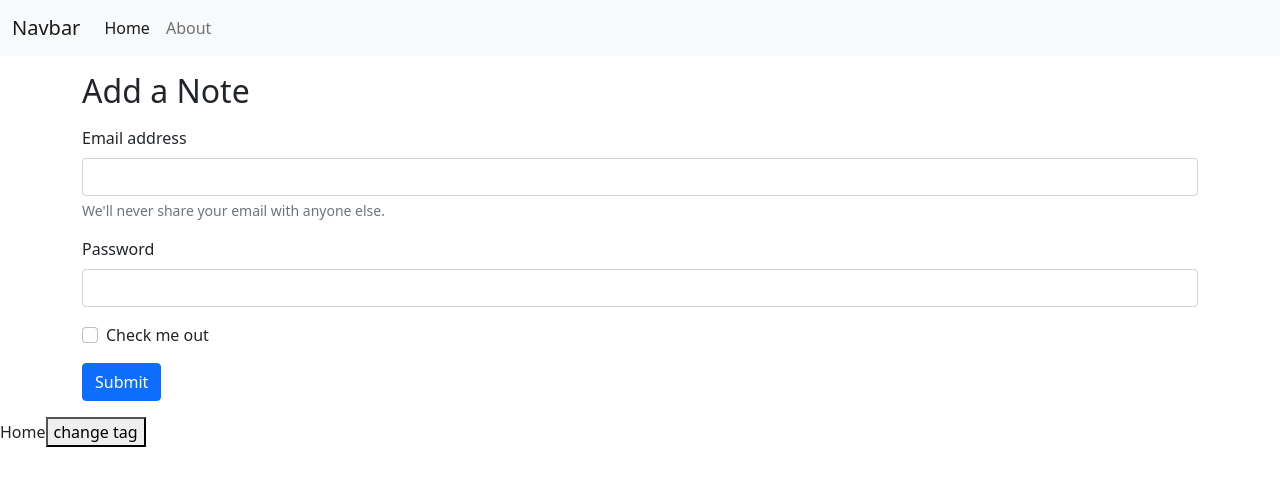
Repository: Asad-devv/inotebook-mern
Page: /
The author's editor kept a copy of each file at every save. The page is drawn from the files as they stood at one save, then again after the next save.
The browser window is 1280 px wide. The pictures show the whole page.
The project was rebuilt for these pictures with package versions that can differ from the ones it lists, and the page was loaded fresh each time. Also part of the build but not shown: vite.config.js, src/components/About.jsx.

Above is the page before, as saved 2023-04-14 00:13:44.

After the next save:
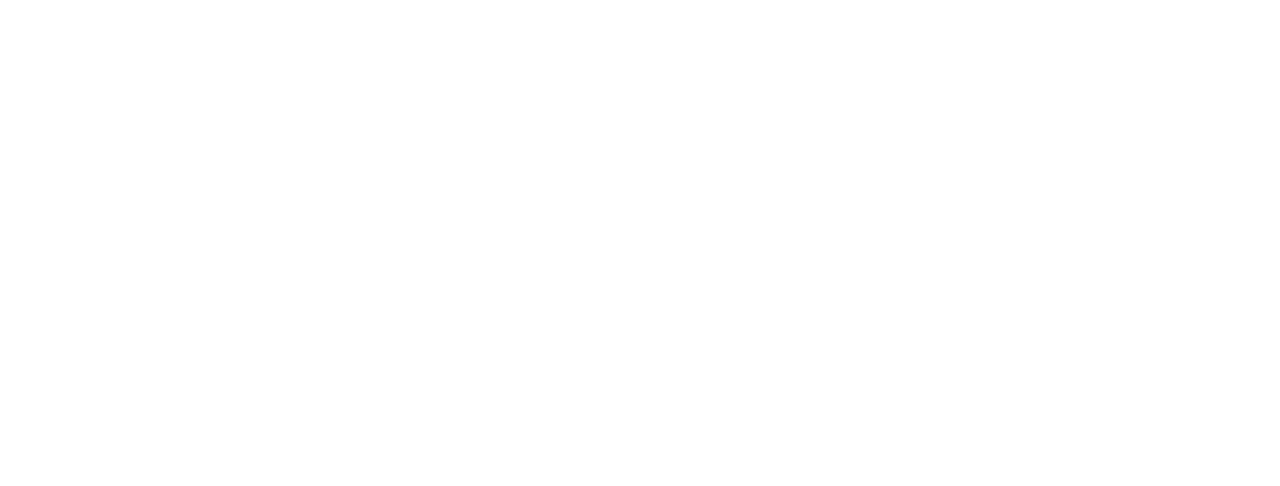
Console error (its wording comes from the project's code and is left out).
Saved 57 s later.
--- a/src/components/Home.jsx
+++ b/src/components/Home.jsx
@@ -5,7 +5,7 @@
 
 const Home = () => {
   const dispatch= useDispatch();
-  const tag =  useSelector((state) => state.notes.value.tag)
+  const tag =  useSelector((state) => state.notes.value)
   console.log(tag)
   return (
     <div>

After the 3 saves that followed:
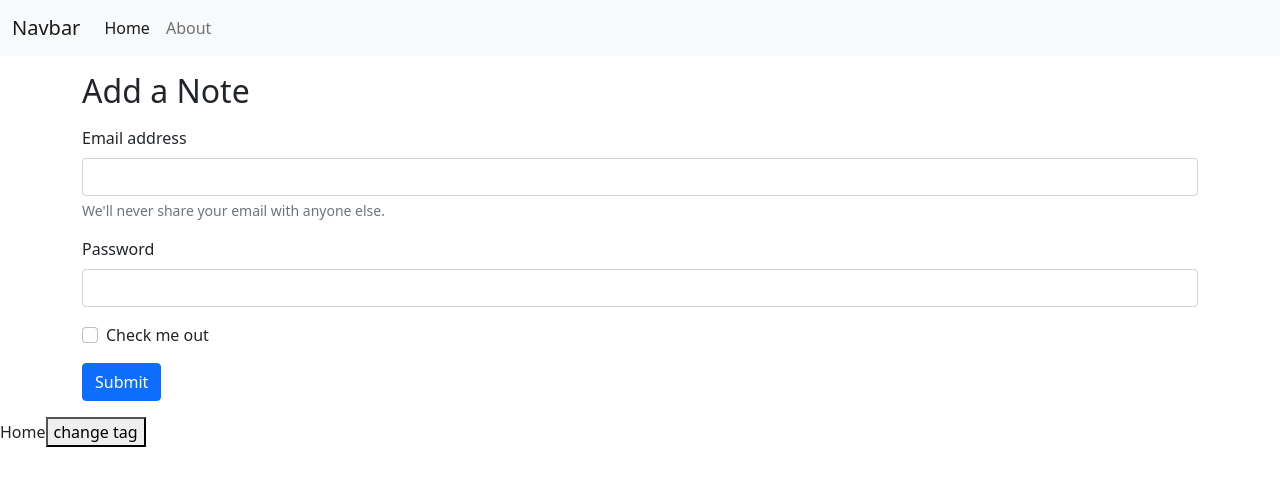
The error is gone.
The 3 saves are shown as one change because 2 left the picture as it was.
The last was saved 25 s later.
--- a/src/components/Home.jsx
+++ b/src/components/Home.jsx
@@ -5,8 +5,8 @@
 
 const Home = () => {
   const dispatch= useDispatch();
-  const tag =  useSelector((state) => state.notes.value)
-  console.log(tag)
+  const notes =  useSelector((state) => state.notes.value)
+  console.log(notes)
   return (
     <div>
 
@@ -32,7 +32,7 @@
 
       Home
         <button onClick={()=>dispatch(update())} >change tag</button>
-        <h1>{tag}</h1>
+        {/* <h1>{tag}</h1> */}
     </div>
   )
 }
